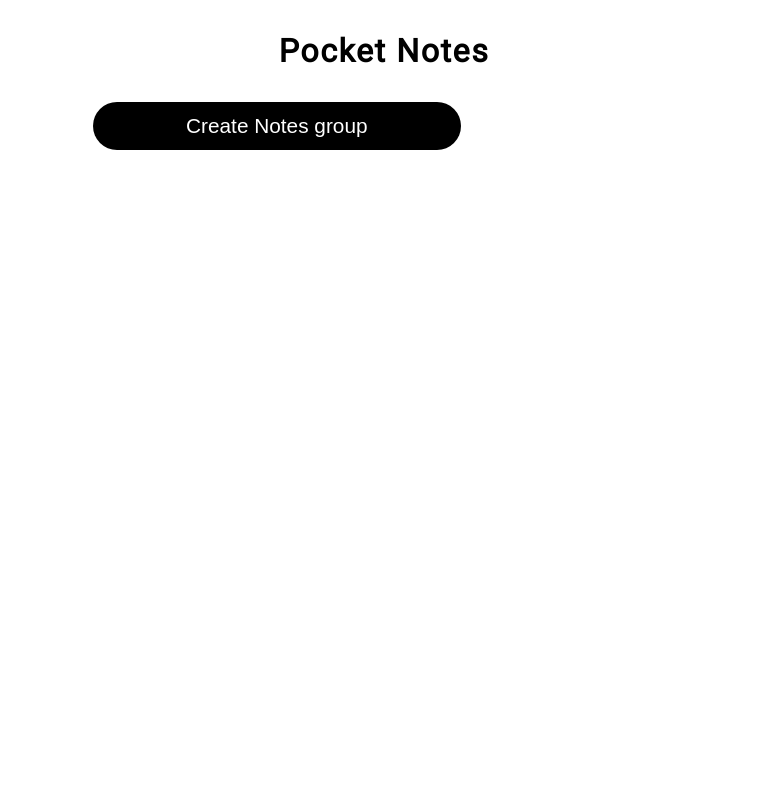
Repository: drumsmanku/react-module-test
Page: /
The author's editor kept a copy of each file at every save. The page is drawn from the files as they stood at one save, then again after the next save.
The browser window is 768 px wide. The pictures show the whole page.
The project was rebuilt for these pictures with package versions that can differ from the ones it lists, and the page was loaded fresh each time. Also part of the build but not shown: src/Components/NotesComponent.js.

Above is the page before, as saved 2023-06-12 19:48:11.

### src/App.js
import './App.css';
import MainPage from './Components/MainPage';

function App() {
  return (
    <div className="App">
      <MainPage/>
    </div>
  );
}

export default App;

### src/Components/MainPage.js
import React, { useState, useEffect } from "react";
import "./MainPage.css";
import PopUp from "./PopUp";
import NotesComponent from "./NotesComponent";
import img1 from '../Assets/img1.png'

function MainPage() {

  const colors=['#81acbc', '#567da2','#9c7ac8','#91b1c5','#ea9fd8','#35f030','#8c5064','#186e33','#c25650','#cc7ec7','#2521ef','#e9d499','#25f073','#dcf4b6','#17cb98','#cb6856','#49616e','#7fef88','#a362f6','#08e400','#9726a2','#5c0a51' ];

  const [activeGroup, setActiveGroup] = useState(null);

  const addThing = (idx) => {
    setActiveGroup(idx);
  };

  const [selectedGroup, setSelectedGroup] = useState(null);
  const [buttonState, setButtonState] = useState(false);

  const addComponent = (groupIndex) => {
    setSelectedGroup(groupIndex);
  };
  const [myGroups, setMyGroups] = useState(() => {
    const storedValue = localStorage.getItem("group");
    return storedValue ? JSON.parse(storedValue) : [];
  });

  useEffect(() => {
    localStorage.setItem("group", JSON.stringify(myGroups));
  }, [myGroups]);

  useEffect(()=>{
    setButtonState(true);
  },[])

  return (
    <div className="main-container">
      <div className="first-compartment">
        <h1>Pocket Notes</h1>
        <div className="group-buttons">
          <PopUp myGroups={myGroups} setMyGroups={setMyGroups} />
          {myGroups.map((group, idx) => (
            <button
              className="cat-buttons"
              key={idx}
              onClick={() => addComponent(idx)}
            >
              <div
                className="icon"
                style={{ backgroundColor: colors[idx] }}
              ></div>{" "}
              {group}
            </button>
          ))}
        </div>
      </div>
      <div className="second-compartment">

        {selectedGroup !== null && (
          <NotesComponent
            groupIndex={selectedGroup}
            groupName={myGroups[selectedGroup]}
          />
        )}
      </div>
    </div>
  );
}

export default MainPage;

### src/Components/MainPage.css
@import url('https://fonts.googleapis.com/css2?family=Roboto&display=swap');
body {
  font-family: 'Roboto';
}

.main-container {
  height: 100vh;
  width: 100vw;
  display: flex;
  flex-direction: column;
}

.first-compartment {
  width: 100%;
  height: 100vh;
  display :flex;
  flex-direction: column;
  align-items: center;
}

.first-compartment h1 {
  margin: 0;
  text-align: left;
  padding: 2rem;
}

.group-buttons {
  height: 85%;
  max-height: 85%;
  width: 80%;
  display: flex;
  flex-direction: column;
  align-items: flex-start;
  margin-left: 2rem;
}

.cat-buttons{
  width: 27rem;
  height: 5rem;
  background-color: white;
  color: black;
  margin: 1rem 1rem 1rem 0;
  font-size:1.3rem;
  font-weight: medium;
  display: flex;
  align-items: center;
  border-top-left-radius: 1.5rem;
  border-bottom-left-radius: 1.5rem;
  background: none;
  border: none;
  transition: 0.1s ease-in;
}

.cat-buttons:hover {
  background-color: #F7ECDC;
}

.icon {
  height: 3.5rem;
  width: 3.5rem;
  border: 50%;
  margin-right: 2rem;
}

.second-compartment {
  display: none;
  background-color: #F7ECDC;
  width: 100%;
  height: 100vh;
}


@media (max-width: 768px) {
  .main-container {
    height: 100vh;
    overflow: hidden;
  }

  .first-compartment.active {
    display: none;
  }

  .second-compartment.active {
    display: flex;
    flex-direction: column;
    align-items: center;
  }
}

### src/Components/PopUp.js
import React, { useState } from "react";
import "./PopUp.css";
import Popup from "reactjs-popup";
import "reactjs-popup/dist/index.css";

function PopUp({ myGroups, setMyGroups, color, setColor }) {
  const [input, setInput] = useState("");
  const colorSet=['#e9d499','#25f073','#dcf4b6','#17cb98','#cb6856']

  const handleColor=(event)=>{
    setColor(event.target.backgroundColor);
  }

  const handleInputChange = (event) => {
    setInput(event.target.value);
  };

  const handleButtonClick = () => {
    setMyGroups([...myGroups, input]);
    setInput("");
  };

  return (
    <div className="popup-container">
      <Popup
        trigger={<button className="btn-1">Create Notes group</button>}
        modal
        nested

      >
        {(close) => (
          <div style={{height:'30vh',paddingLeft:'2rem', paddingTop:'2rem' }} className="modal">
            <div style={{ fontWeight:'bold', fontSize:'1.5rem', marginBottom:'1.5rem'}} className="content">Welcome to GFG!!!</div>
            <div style={{marginLeft:'1rem'}}>
              <div style={{marginBottom:'1.8rem'}}>
                <label htmlFor="name" style={{marginRight:'2rem', fontWeight:'bold', fontSize:'1.5rem'}}>Group Name </label>
                <input style={{width:'25rem',height:'2rem', borderRadius:'2rem', border:'0.2rem solid #CCCCCC', fontSize:'1.3rem', paddingLeft:'1rem'}} type="text" onChange={handleInputChange} value={input} placeholder="Enter your group name...." />
              </div>
              <div style={{display:'flex', alignItems:'center', marginBottom:'1.8rem'}} className="hues">
                <label htmlFor="color" style={{marginRight:'2rem', fontWeight:'bold', fontSize:'1.5rem'}}>Choose colour</label>
                <div style={{display:'flex'}}>
                  {colorSet.map((color, idx)=>(
                    <div onClick={handleColor} key={idx} style={{height:'1.8rem', width:'1.8rem', borderRadius:'50%', backgroundColor:color, marginRight:'1rem'}}></div>
                  ))}
                </div>

              </div>
              <div style={{width:'90%', display:'flex', justifyContent:'flex-end'}}>
                <button style={{width:'8rem', height:'2rem', backgroundColor:'black', color:'white', border:'none', borderRadius:'0.5rem', fontSize:'1.2rem', letterSpacing:'0.1rem'}} onClick={handleButtonClick}>add</button>
              </div>

            </div>
          </div>
        )}
      </Popup>
    </div>
  );
}

export default PopUp;

### src/Components/PopUp.css
@import url('https://fonts.googleapis.com/css2?family=Roboto&display=swap');

body{
  font-family: 'Roboto';
  letter-spacing: 0.1rem;
}

.btn-1{
  width: 23rem;
  height: 3rem;
  background-color: black;
  border: none;
  border-radius: 3rem;
  color: white;
  font-weight: 2rem;
  font-size: 1.3rem;
}
.modal{

}

### src/Components/NotesComponent.css
@import url('https://fonts.googleapis.com/css2?family=Roboto&display=swap');
body{
  font-family: 'Roboto';
}

.notes-container{
  display: flex;
  height: inherit;
  width: 100%;
  flex-direction: column;
  align-items: center;
  justify-content: space-between;
}
.heading{
  display: flex;
  flex-direction: row;
  justify-content: flex-start;
}
.notes-section {
  height: 60vh;
  max-height: 60vh;
  overflow-y: scroll;
}
input:focus{
  outline: none;
  border: none;
}

Loaded but not shown: public/index.html (common file); src/index.js (common file); src/index.css (common file); src/App.css (common file)

After the next save:
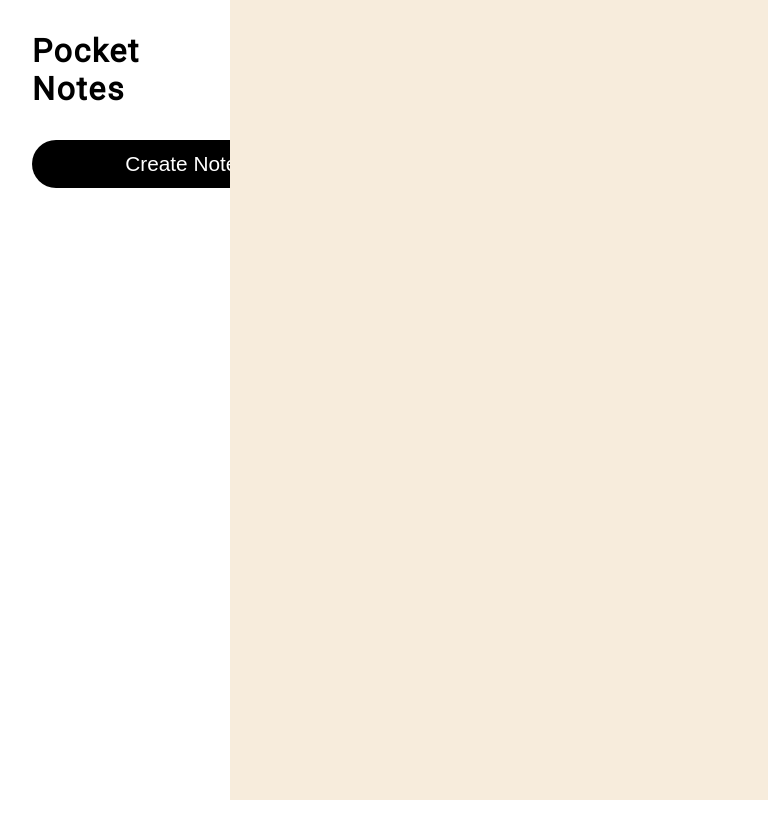
Saved 13 s later.
--- a/src/Components/MainPage.css
+++ b/src/Components/MainPage.css
@@ -1,30 +1,25 @@
 @import url('https://fonts.googleapis.com/css2?family=Roboto&display=swap');
-body {
+body{
   font-family: 'Roboto';
 }
 
-.main-container {
+.main-container{
   height: 100vh;
   width: 100vw;
   display: flex;
-  flex-direction: column;
 }
 
-.first-compartment {
-  width: 100%;
+.first-compartment{
+  width: 30%;
   height: 100vh;
-  display :flex;
-  flex-direction: column;
-  align-items: center;
 }
 
-.first-compartment h1 {
+.first-compartment h1{
   margin: 0;
   text-align: left;
   padding: 2rem;
 }
-
-.group-buttons {
+.group-buttons{
   height: 85%;
   max-height: 85%;
   width: 80%;
@@ -40,7 +35,7 @@ body {
   background-color: white;
   color: black;
   margin: 1rem 1rem 1rem 0;
-  font-size:1.3rem;
+  font-size: 1.3rem;
   font-weight: medium;
   display: flex;
   align-items: center;
@@ -49,40 +44,20 @@ body {
   background: none;
   border: none;
   transition: 0.1s ease-in;
+
 }
-
-.cat-buttons:hover {
+.cat-buttons:hover{
   background-color: #F7ECDC;
 }
-
-.icon {
+.icon{
   height: 3.5rem;
   width: 3.5rem;
-  border: 50%;
+  border-radius: 50%;
   margin-right: 2rem;
+
 }
-
-.second-compartment {
-  display: none;
+.second-compartment{
   background-color: #F7ECDC;
-  width: 100%;
+  width: 70%;
   height: 100vh;
 }
-
-
-@media (max-width: 768px) {
-  .main-container {
-    height: 100vh;
-    overflow: hidden;
-  }
-
-  .first-compartment.active {
-    display: none;
-  }
-
-  .second-compartment.active {
-    display: flex;
-    flex-direction: column;
-    align-items: center;
-  }
-}
